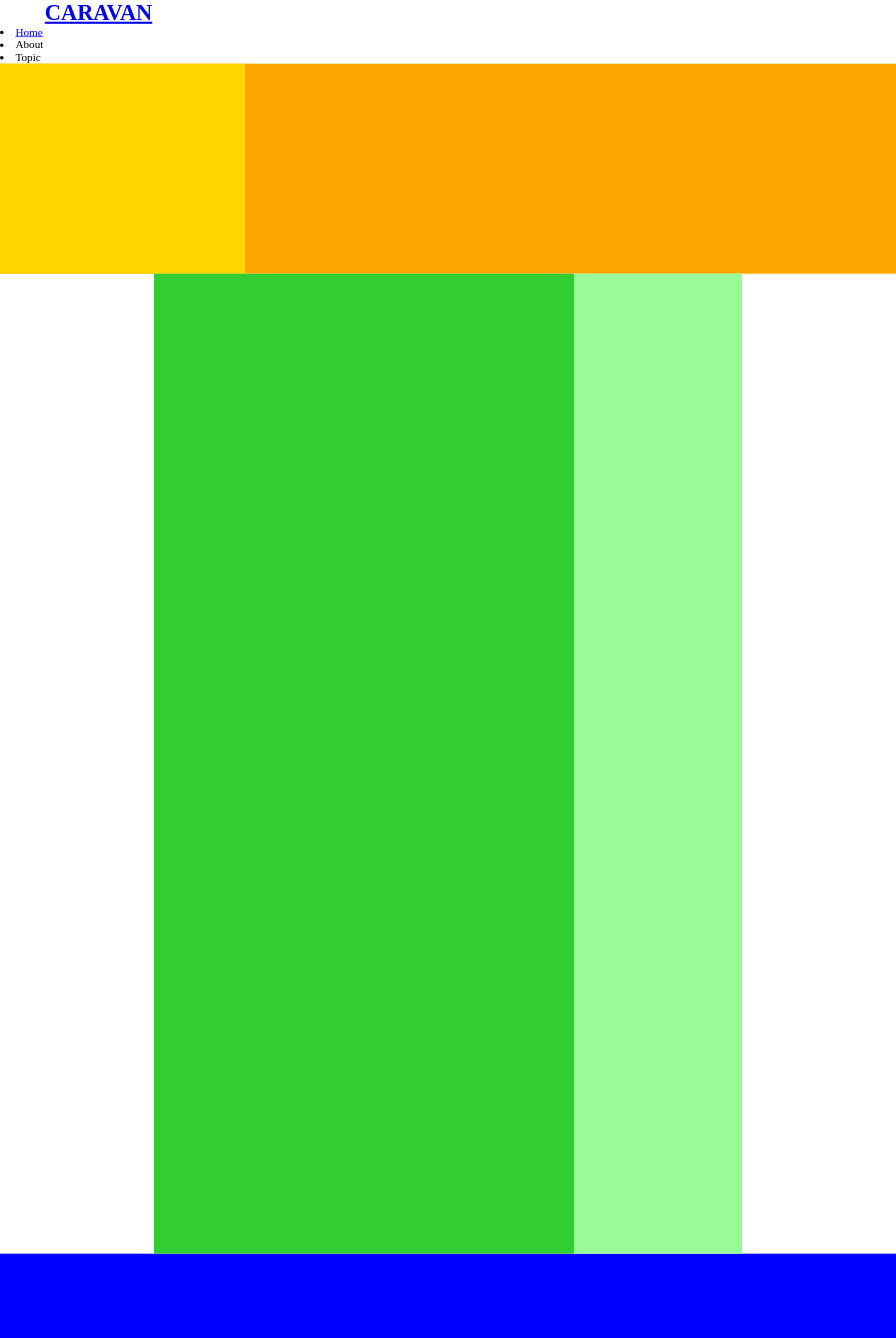
Repository: to3955/ouyoukadai1
Page: caravan/index.html
The author's editor kept a record of every edit. The page is drawn from the files as they stood at one moment, then again after the next edit.
The browser window is 1280 px wide. The pictures show the whole page, at 70% of full size.

Above is the page before.

After the next edit:
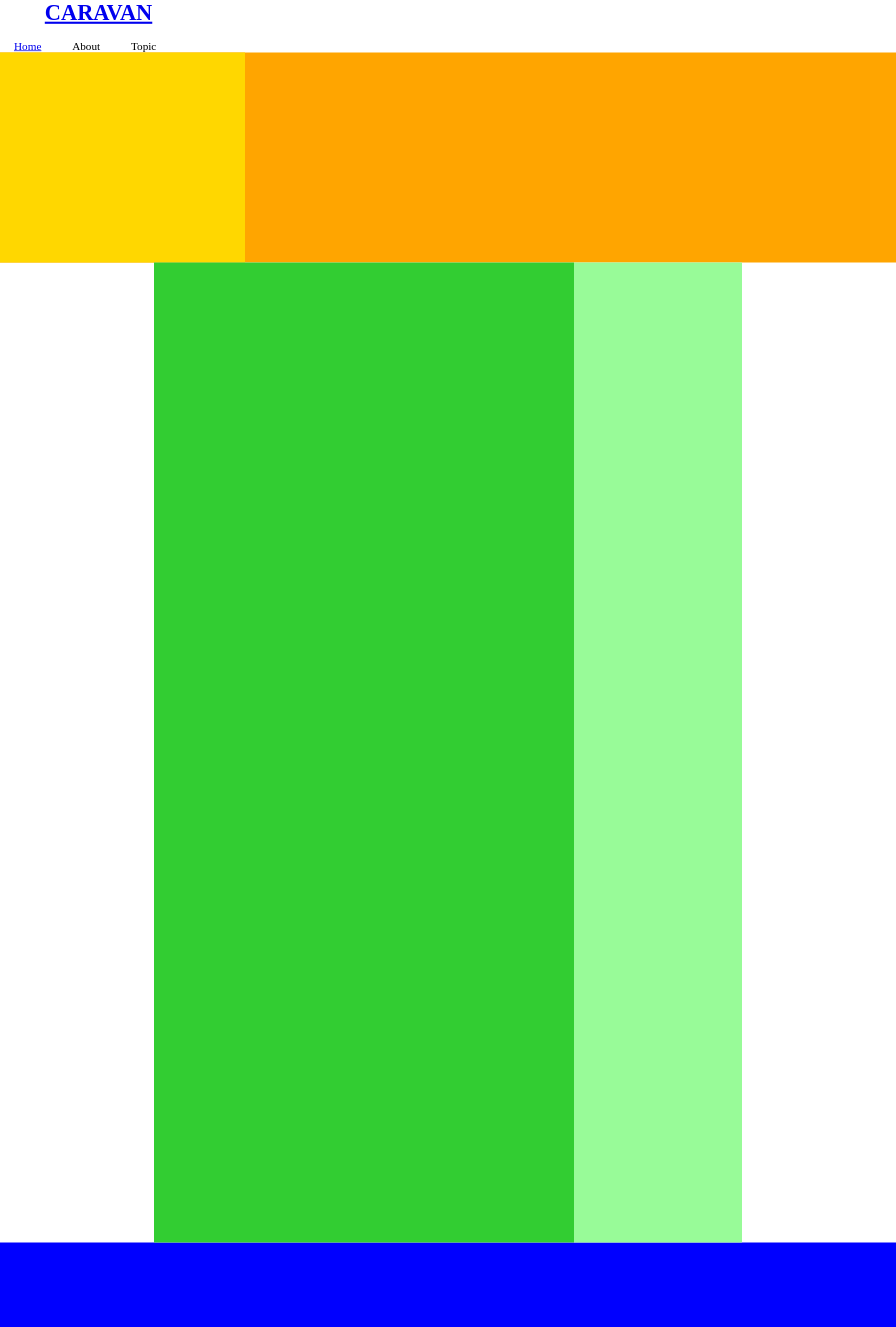
The edit:
--- a/caravan/stlye.css
+++ b/caravan/stlye.css
@@ -24,6 +24,19 @@
   width: 100%;
   height: 50px;
   background-color: pink;
+}
+
+
+  .nav-list {
+  text-align: center;
+  padding: 10px 0;
+  margin: 0 auto;
+}
+
+.nav-list-item {
+  list-style: none;
+  display: inline-block;
+  margin: 0 20px;
 }
 
 .main-visual{
